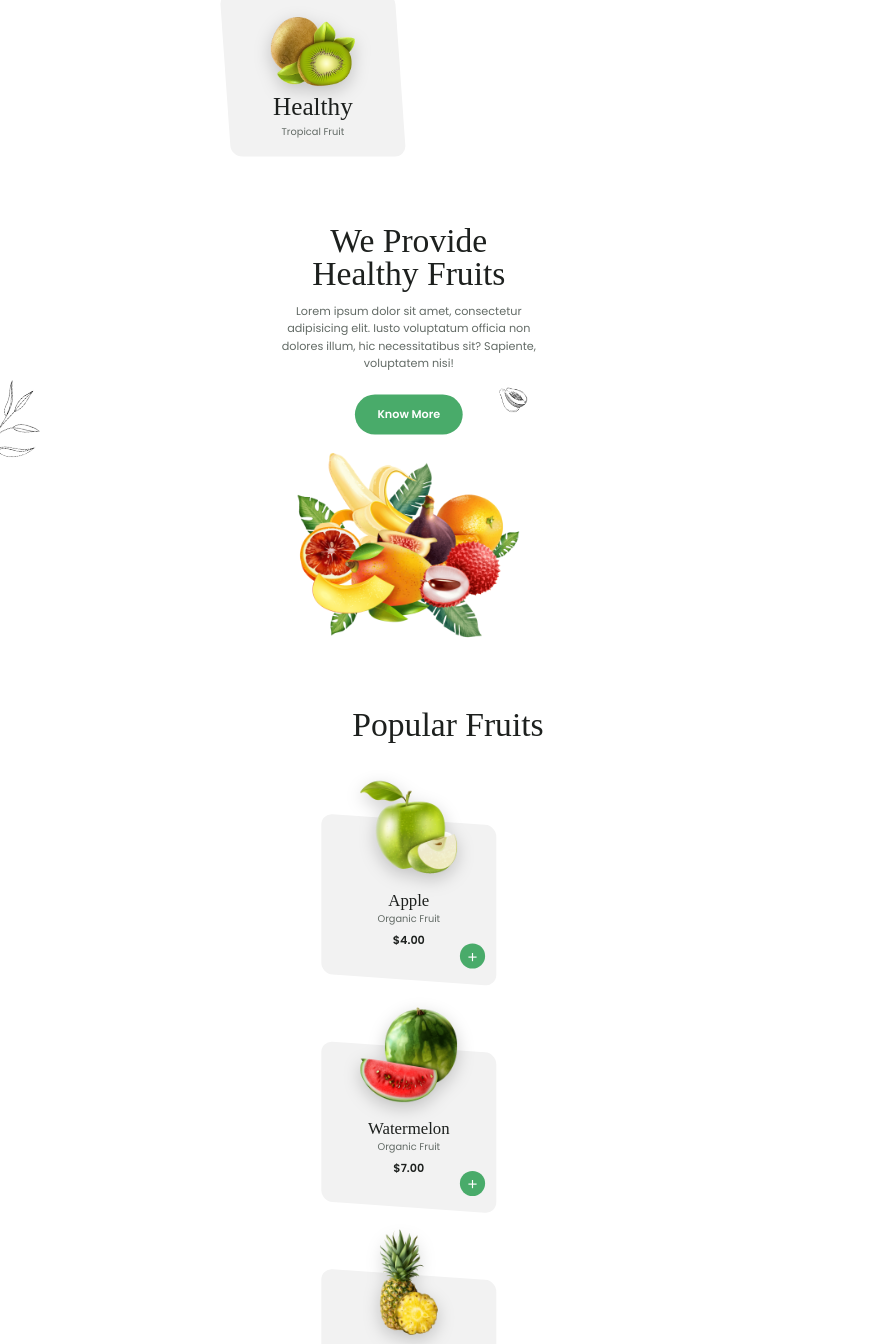
Repository: dinhhaidh/fruit
Page: index.html
An editor plug-in stored every save of this project. The page is shown before and after the next save, followed by the edit.
The browser window is 1280 px wide. The pictures show the part of the page from y = 1214 to 3134 px (the page is 5338 px tall before and 5044 px after), at 70% of full size.
Some web fonts or font styles are not loaded; a fallback is used.

Above is the page before, as saved 2024-02-19 16:29:59.
Console error: ReferenceError: ScrollReveal is not defined

After the next save:
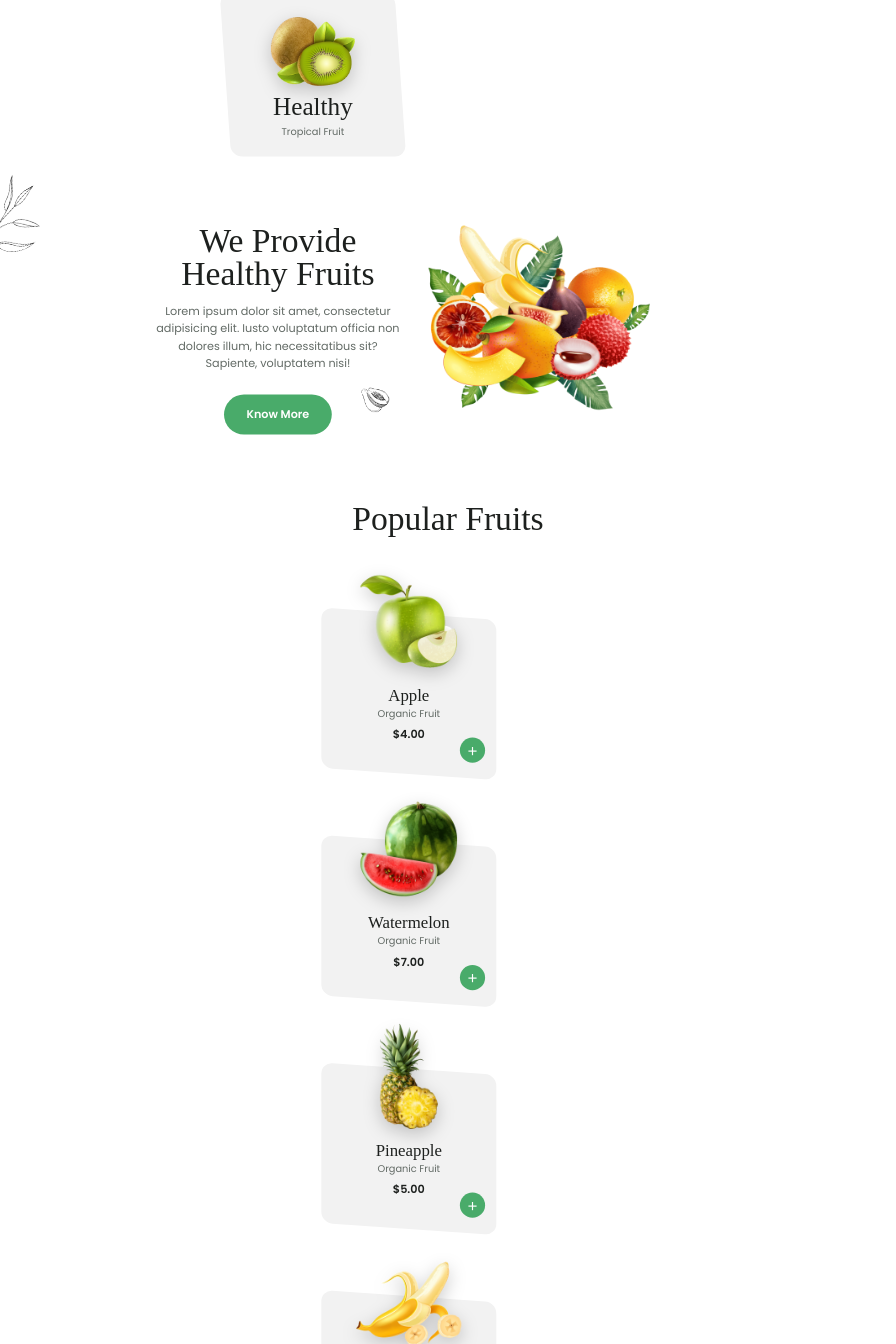
Saved 25 s later.
--- a/css/style.css
+++ b/css/style.css
@@ -704,7 +704,8 @@ img {
 }
 
 @media screen and (min-width: 768px) {
-    .home__container{
+    .home__container,
+    .about__container {
         grid-template-columns: repeat(2, 350px);
     }
     .home__data{
